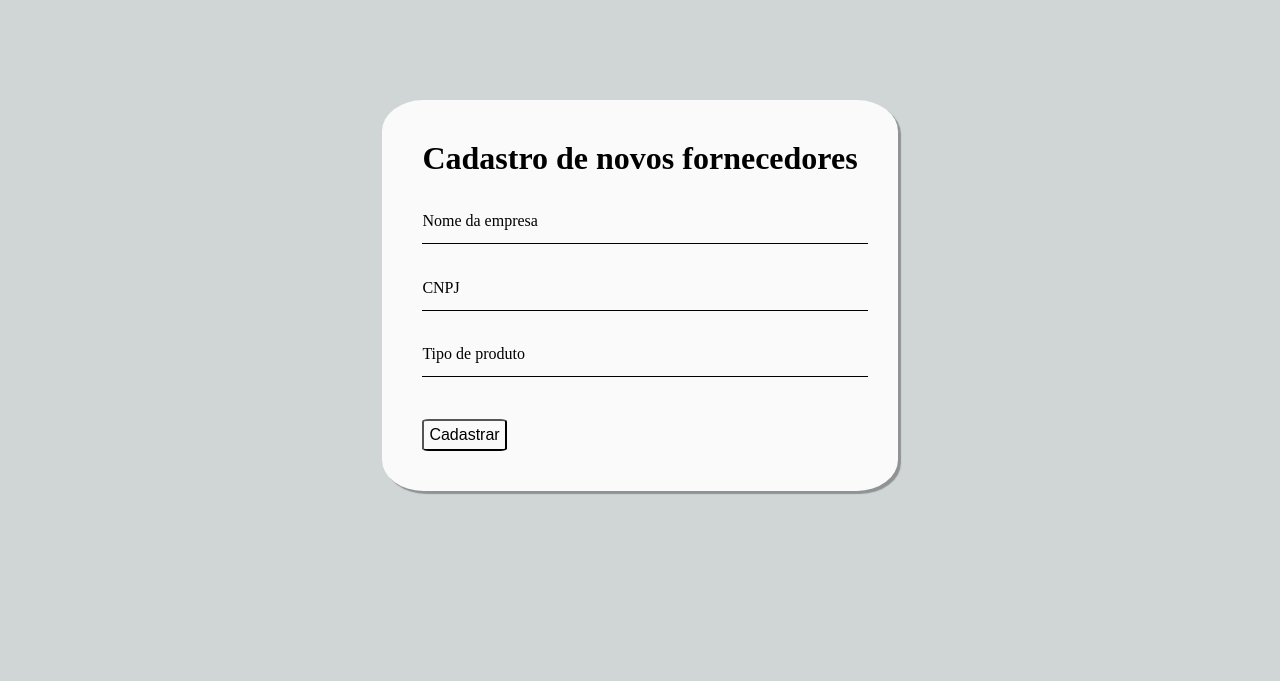
Repository: crisholiveira/speedlog
Page: http://localhost/cadastroDeFornecedor/
These files come from the project's save history. The page is drawn as it stood at one moment and after the next save; the edit follows.
The browser window is 1280 px wide. The pictures show the whole page.
Some web fonts or font styles are not loaded; a fallback is used. The page is served by the project's Node server (app.js). Other server files are loaded and not shown.

Above is the page before, as saved 2022-01-16 16:34:11.

### views/cadFornecedor.ejs
<!DOCTYPE html>
<html lang="pt-br">
<head>
    <meta charset="UTF-8">
    <meta http-equiv="X-UA-Compatible" content="IE=edge">
    <meta name="viewport" content="width=device-width, initial-scale=1.0">
    <title>Cadastro de fornecedor</title>

    <link rel="stylesheet" href="/stylesheets/cadFornecedor.css">
<body>

    <div class="container">
        <div class="card">
            <h1>Cadastro de novos fornecedores</h1>

            <div class="label-float">
                <input type="text" name="nome" id="nome" placeholder=" ">
                <label for="nome">Nome da empresa</label>
            </div>

            <div class="label-float">
                <input type="number" name="sap" id="sap" placeholder=" ">
                <label for="sap">CNPJ</label>
            </div>

            <div class="label-float">
                <input type="email" name="email" id="email" placeholder=" ">
                <label for="email">Tipo de produto</label>
            </div>

            <div class="justfy-center">
                <button>Cadastrar</button>
            </div>

        </div>
    </div>

</body>
</html>

### app.js
var createError = require('http-errors');
var express = require('express');
var path = require('path');
var cookieParser = require('cookie-parser');
var logger = require('morgan');

var indexRouter = require('./routes/index');
var usersRouter = require('./routes/users');
var homeRouter = require('./routes/home');
var perfilRouter = require('./routes/perfil');
var requisicoesRouter = require('./routes/requisicoes');
var estoqueRouter = require('./routes/estoque');
var usuariosRouter = require('./routes/usuarios');
var produtosRouter = require('./routes/produtos');
var cadFornecedorRouter = require('./routes/cadFornecedor')


var app = express();

// view engine setup
app.set('views', path.join(__dirname, 'views'));
app.set('view engine', 'ejs');

app.use(logger('dev'));
app.use(express.json());
app.use(express.urlencoded({ extended: false }));
app.use(cookieParser());
app.use(express.static(path.join(__dirname, 'public')));

app.use('/', indexRouter);
app.use('/users', usersRouter);
app.use('/home', homeRouter);
app.use('/perfil', perfilRouter);
app.use('/requisicoes', requisicoesRouter);
app.use('/estoque', estoqueRouter);
app.use('/usuarios', usuariosRouter);
app.use('/produtos', produtosRouter);
app.use('/cadastroDeFornecedor', cadFornecedorRouter);

// catch 404 and forward to error handler
app.use(function(req, res, next) {
  next(createError(404));
});

// error handler
app.use(function(err, req, res, next) {
  // set locals, only providing error in development
  res.locals.message = err.message;
  res.locals.error = req.app.get('env') === 'development' ? err : {};

  // render the error page
  res.status(err.status || 500);
  res.render('error');
});

module.exports = app;

### controllers/cadFornecedorController.js
const cadFornecedorController = {
    index: (req, res) => {

        res.render('cadFornecedor')
    }
}
module.exports = cadFornecedorController;

### public/stylesheets/cadFornecedor.css
* {
    margin: 0;
    padding: 0;
}

body{ /*
    background-image: url(../img/fundo.jpg);
    background-repeat: no-repeat;
    background-size: cover;
    background-position: center;
    background-attachment: fixed; */
    background-color: rgb(208, 214, 214);
}

.container{
    display: flex;
    justify-content: center;
    width: 100%;
    margin-top: 100px;
}

.card{
    background-color: rgb(250, 250, 250);
    padding: 40px;
    border-radius: 8%;
    box-shadow: 3px 3px 1px 0 #00000050;
}

h1{
    text-align: center;
    margin-bottom: 20px;
}

.label-float input{
    width: 100%;
    padding: 5px 5px;
    display: inline-block;
    border: 0;
    border-bottom: 1px solid #000;
    background-color: transparent;
    outline: none;
    min-width: 400px;
    font-size: 18px;
    transition: all .3s ease-out;
}

.label-float{
    position: relative;
    padding-top: 13px;
    margin-top: 5%;
    margin-bottom: 5%;
}

.label-float input:focus{
    border-bottom: 2px solid #000;
}

.label-float label{
    color: rgb(0, 0, 0);
    pointer-events: none;
    position: absolute;
    top: 0;
    left: 0;
    margin-top: 13px;
    transition: all .3s ease-out;
}

.label-float input:focus + label{
    font-size: 12px;
    margin-top: 0;
    color: black;
}

button{
    background-color: transparent;
    border-color: black;
    color: black;
    padding: 5px;
    font-size: 12pt;
    margin-top: 20px;
    border-radius: 8%;
    cursor: pointer;
    outline: node;
}

button:hover{
    background-color: rgb(27, 168, 81);
    color: white;
    transition: all .3s ease-out;
}

### views/partials/header.ejs
<!DOCTYPE html>
<html lang="en">

<head>
    <meta charset="UTF-8">
    <meta http-equiv="X-UA-Compatible" content="IE=edge">
    <meta name="viewport" content="width=device-width, initial-scale=1.0">
    <link rel="stylesheet" href="/stylesheets/header.css">
    <title>SpeedLog</title>
</head>
<header>
    <div id="menu-header">
        <div class="header-container">
            <span class="icone-voltar"><a href="/home"><ion-icon name="arrow-back-outline"></ion-icon></a>

            </span>
            <span class="logo">SpeedLog</span>
            <span class="icone-notificacao">
                <ion-icon name="notifications-outline"></ion-icon>
            </span>
            <span class="bem-vindo">
                <h4>Olá, Cristiane</h4>
            </span>
        </div>
    </div>
</header>
<script type="module" src="https://unpkg.com/ionicons@5.5.2/dist/ionicons/ionicons.esm.js"></script>
<script nomodule src="https://unpkg.com/ionicons@5.5.2/dist/ionicons/ionicons.js"></script>

### public/stylesheets/header.css
@import url('https://fonts.googleapis.com/css2?family=Poppins:wght@100;200;300;400;500;600;700&display=swap');
@import url('https://fonts.googleapis.com/css2?family=Patrick+Hand&display=swap');

*{
    padding: 0;
    margin: 0;
    box-sizing: border-box;
    border: none;
    font-family: 'Poppins'
}

header {
    min-height: 10vh;
    background-color:#2d2d2d;

}

.header-container a {
    color: white;
}



.header-container {
    padding: 1.5rem;

}

.logo {
    color:#099c22;
    font-family: 'Patrick Hand', cursive;
    font-size: 2rem;
    padding: 3rem;

}


.icone-voltar {
    font-size: 2rem;
    color: white;



}

.icone-notificacao {
    font-size: 2rem;
    color: white;
    float: right;
    padding-right: 1.5rem;

}

.bem-vindo {
    color: white;
    float: right;

}
.bem-vindo h4 {
    padding-right: 2rem;
}
@media (max-width: 768px){
    .logo{
        display: none;
    }
}

After the next save:
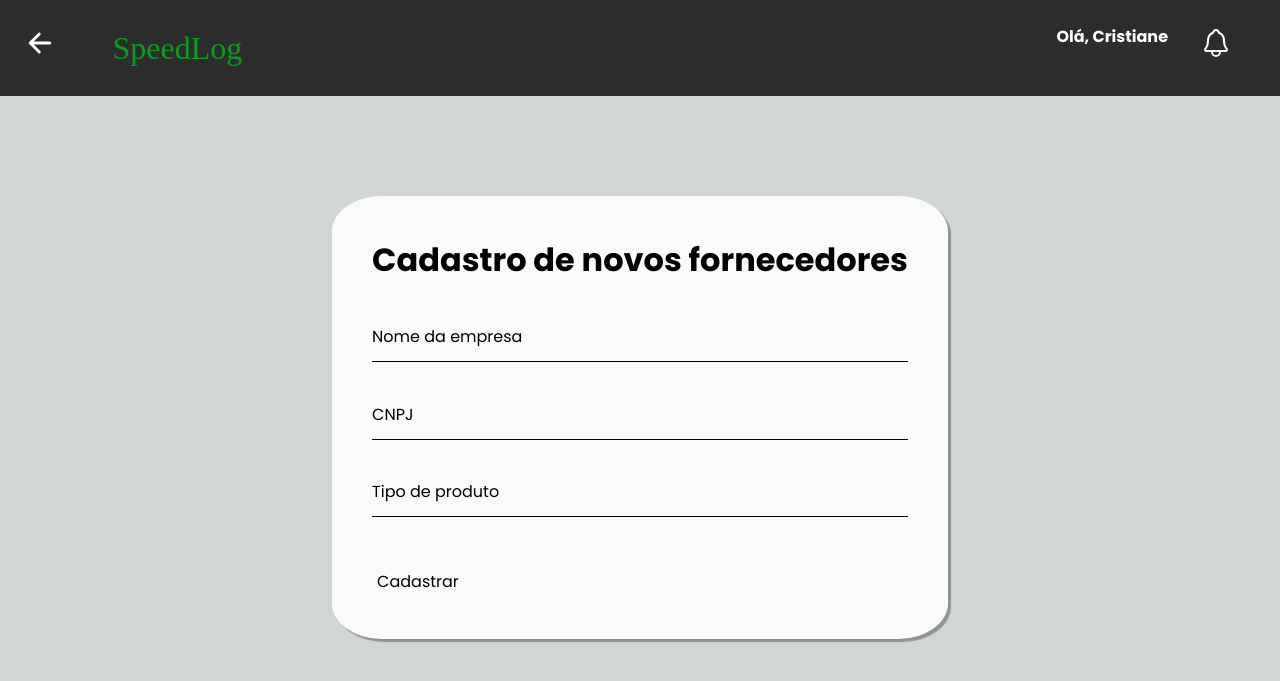
Saved 48 s later.
--- a/views/cadFornecedor.ejs
+++ b/views/cadFornecedor.ejs
@@ -7,6 +7,7 @@
     <title>Cadastro de fornecedor</title>
 
     <link rel="stylesheet" href="/stylesheets/cadFornecedor.css">
+    <%- include('./partials/header.ejs') %>
 <body>
 
     <div class="container">
